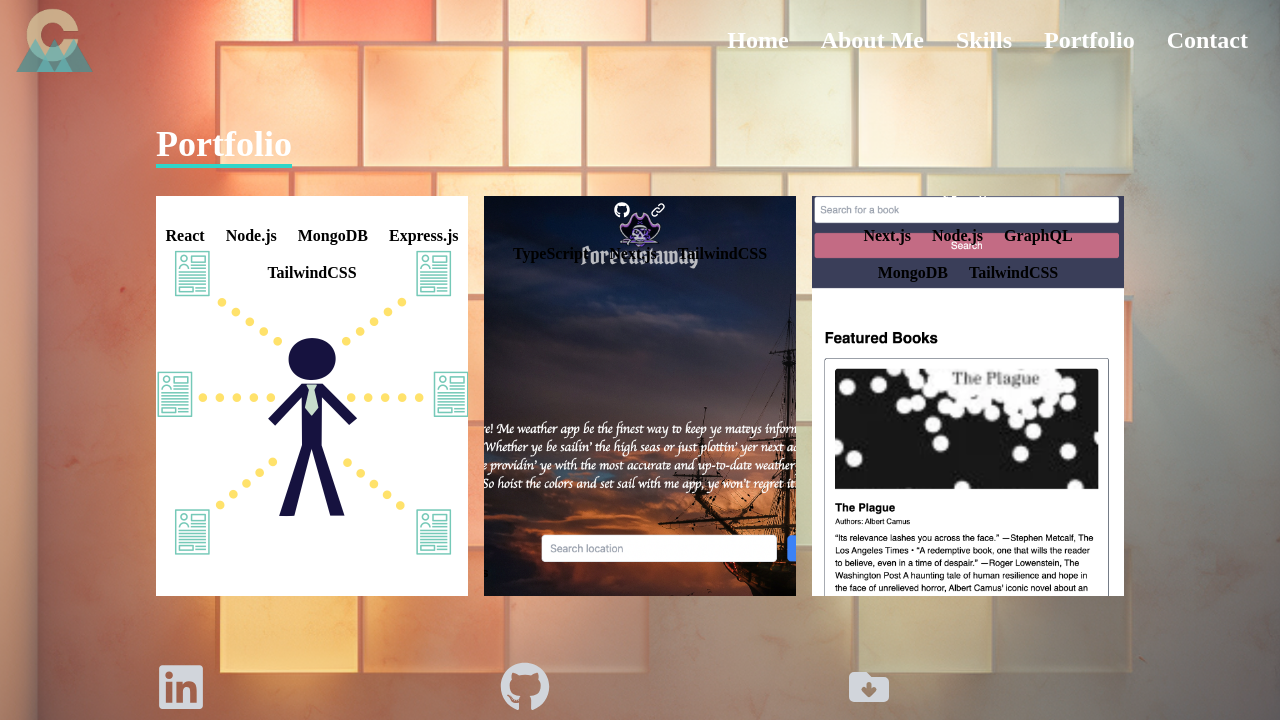
Repository: ChrisT303/portfolio-react
Page: /#/work
These files come from the project's save history. The page is drawn as it stood at one moment and after the next save; the edit follows.
The browser window is 1280 px wide. The pictures show the whole page.
The project was rebuilt for these pictures with package versions that can differ from the ones it lists, and the page was loaded fresh each time. Also part of the build but not shown: src/components/Hero.js, src/components/AboutMe.js, src/data/LogoData.js, src/components/Experience.js, src/components/Modal.js, src/components/Contact.js.

Above is the page before, as saved 2023-09-28 16:32:52.

### src/index.css
@tailwind base;
@tailwind components;
@tailwind utilities;

@import url("https://fonts.googleapis.com/css2?family=Raleway:wght@300;400;500;600;700;800;900&display=swap");

@layer base {
  body {
    @apply font-[Raleway];
  }
  li {
    @apply px-4;
    @apply cursor-pointer;
  }
}

.nav-hover {
  @apply hover:animate-pulse hover:text-[#30D5C8];
}

.text-main {
  @apply text-[#212020];
}

.peach {
  @apply text-[#212020] text-opacity-80;
}

.bdr {
  @apply border-[#30D5C8];
}

.form-bg {
  @apply bg-[#ccd6f6];
}

.hero-btn {
  @apply text-black font-bold border-4 rounded-full px-6 py-3 my-2 flex items-center hover:animate-pulse duration-100 hover:bg-[#30D5C8] hover:border-[#3e7a7a] hover:font-black;
}

.con-btn {
  @apply text-main border-2 hover:bg-[#30D5C8] hover:border-[#3e7a7a] hover:font-bold px-4 py-3 my-8 mx-auto flex items-center;
}
.modal-btn {
  @apply text-black border-4 rounded-lg hover:bg-[#30D5C8] hover:border-[#3e7a7a] hover:font-bold px-3 py-2 my-8 mx-auto flex justify-between items-center;
}

@media (min-width: 768px) {
  .hovereffect {
    width: 100%;
    height: 400px;
    float: left;
    overflow: hidden;
    position: relative;
    text-align: center;
    cursor: default;
  }

  .hovereffect .overlay {
    width: 100%;
    height: 100%;
    position: absolute;
    overflow: hidden;
    left: 0;
    background-color: rgba(255, 255, 255, 0.7);
    top: -200px;
    opacity: 0;
    filter: alpha(opacity=0);
    -webkit-transition: all 0.1s ease-out 0.5s;
    transition: all 0.1s ease-out 0.5s;
    display: flex;
    flex-direction: column;
    justify-content: center;
    align-items: center;
    gap: 20px;

  }

  .hovereffect:hover .overlay {
    opacity: 1;
    filter: alpha(opacity=100);
    top: 0px;
    -webkit-transition-delay: 0s;
    transition-delay: 0s;
  }

  .hovereffect img {
    display: block;
    position: relative;
  }

  .hovereffect h2 {
    text-transform: uppercase;
    color: #feb8c5;
    text-align: center;
    position: relative;
    font-size: 17px;
    padding: 10px;
    background: rgba(0, 0, 0, 0.6);
    -webkit-transform: translateY(-200px);
    -ms-transform: translateY(-200px);
    transform: translateY(-200px);
    -webkit-transition: all ease-in-out 0.1s;
    transition: all ease-in-out 0.1s;
    -webkit-transition-delay: 0.3s;
    transition-delay: 0.3s;
  }

  .hovereffect:hover h2 {
    -webkit-transform: translateY(0px);
    -ms-transform: translateY(0px);
    transform: translateY(0px);
    -webkit-transition-delay: 0.3s;
    transition-delay: 0.3s;
  }

  .hovereffect a.info {
    display: inline-block;
    text-decoration: none;
    padding: 7px 14px;
    text-transform: uppercase;
    margin: 50px 20px 0 0;
    background-color: transparent;
    -webkit-transform: translateY(-200px);
    -ms-transform: translateY(-200px);
    transform: translateY(-200px);
    color: #000;
    border: 1px solid #000;
    -webkit-transition: all ease-in-out 0.3s;
    transition: all ease-in-out 0.3s;
  }

  .hovereffect a.info:hover {
    box-shadow: 0 0 5px #fff;
  }

  .hovereffect:hover a.info {
    -webkit-transform: translateY(0px);
    -ms-transform: translateY(0px);
    transform: translateY(0px);
    box-shadow: 0 0 5px #000;
    color: #000;
    border: 1px solid #000;
    -webkit-transition-delay: 0.3s;
    transition-delay: 0.3s;
  }
}

a.info:hover {
  color: #6cc644;
}

.bounce {
  display: inline-block;
  position: relative;
  -moz-animation: bounce 0.5s infinite linear;
  -o-animation: bounce 0.5s infinite linear;
  -webkit-animation: bounce 0.5s infinite linear;
  animation: bounce 0.5s infinite linear;
}

.backdrop {
  position: fixed;
  top: 0;
  left: 0;
  width: 100%;
  height: 100vh;
  z-index: 10;
  background: rgba(0, 0, 0, 0.75);
}

.modalPos {
  position: fixed;
  top: 30vh;
  left: 10%;
  width: 80%;
  z-index: 100;
  overflow: hidden;
}

.header {
  background: #31708e;
  padding: 1rem;
}

.header h2 {
  margin: 0;
  color: white;
  font-weight: bold;
}

.content {
  display: flex;
  justify-content: space-between;
  padding: 1rem;
  background: white;
}

.actions {
  padding: 1rem;
  display: flex;
  justify-content: flex-end;
}

.project-image {
  width: 100%;
  height: 400px;
  object-fit: cover;
}

.button-container {
  display: flex;
  justify-content: center;
  gap: 20px;
  margin-top: 20px;
}

.tech-container {
  display: flex;
  justify-content: center;
  gap: 5px;
  flex-wrap: wrap;
}

.tooltip {
  visibility: hidden;
  background-color: #555;
  color: #fff;
  text-align: center;
  padding: 5px 10px;
  border-radius: 6px;
  position: absolute;
  z-index: 1;
  bottom: 100%;
  left: 50%;
  margin-left: -60px;
  opacity: 0;
  transition: opacity 0.3s;
}

.tooltip::after {
  content: "";
  position: absolute;
  top: 100%;
  left: 50%;
  margin-left: -5px;
  border-width: 5px;
  border-style: solid;
  border-color: #555 transparent transparent transparent;
}

.container:hover .tooltip {
  visibility: visible;
  opacity: 1;
}



@media (min-width: 768px) {
  .modalPos {
    left: calc(50% - 20rem);
    width: 40rem;
  }
}

### src/App.js

import Navigation from "./components/Navigation";
import Hero from "./components/Hero";
import AboutMe from "./components/AboutMe";
// import Footer from "./components/Footer";
import Experience from "./components/Experience";
import Contact from "./components/Contact";
import Work from "./components/Work";
import React from "react";
import { HashRouter as Router, Routes, Route } from "react-router-dom";


const App = () => {
  return (
    <Router>
      <Navigation />
      <Routes>
        <Route path="/" element={<Hero />} />
        <Route path="/about" element={<AboutMe />} />
        <Route path="/experience" element={<Experience />} />
        <Route path="/work" element={<Work />} />
        <Route path="/contact" element={<Contact />} />
      </Routes>
      {/* <Footer /> */}
    </Router>
  );
};



export default App;

### src/components/Navigation.js
import React, { useState } from "react";
import { NavLink } from "react-router-dom";
import { FaBars, FaTimes } from "react-icons/fa";
import Logo from "../assets/newlogo.png";


const Navigation = () => {
  const [nav, setNav] = useState(false);
  const handleClick = () => setNav(!nav);

  return (
    <div className="fixed w-full h-[80px] flex justify-between items-center px-4 bg-inherit text-main text-2xl font-semibold z-10">
      <div>
        <img  src={Logo} alt="Logo" className="hidden md:flex h-16" />
      </div>
      <ul className="hidden md:flex">
        <li>
          <NavLink to="/" className="nav-hover text-white">
            Home
          </NavLink>
        </li>
        <li>
          <NavLink to="/about" className="nav-hover text-white">
            About Me
          </NavLink>
        </li>
        <li>
          <NavLink to="/experience" className="nav-hover text-white">
            Skills
          </NavLink>
        </li>
        <li>
          <NavLink to="/work" className="nav-hover text-white">
            Portfolio
          </NavLink>
        </li>
        <li>
          <NavLink to="/contact" className="nav-hover text-white">
            Contact
          </NavLink>
        </li>
      </ul>

      <div onClick={handleClick} className="md:hidden z-100">
        {!nav ? <FaBars /> : <FaTimes />}
      </div>
      <ul
        className={
          !nav
            ? "hidden"
            : "absolute top-0 left-0 w-full h-screen main flex flex-col justify-center items-center bg-black md:bg-black "
        }
      >
        <li className="py-6 text-4xl">
          <NavLink onClick={handleClick} to="/" className="nav-hover text-white">
            Home
          </NavLink>
        </li>
        <li className="py-6 text-4xl">
          <NavLink onClick={handleClick} to="/about" className="nav-hover text-white">
            About Me
          </NavLink>
        </li>
        <li className="py-6 text-4xl">
          <NavLink onClick={handleClick} to="/experience" className="nav-hover text-white">
            Skills
          </NavLink>
        </li>
        <li className="py-6 text-4xl">
          <NavLink onClick={handleClick} to="/work" className="nav-hover text-white">
            Portfolio
          </NavLink>
        </li>
        <li className="py-6 text-4xl">
          <NavLink onClick={handleClick} to="/contact" className="nav-hover text-white">
            Contact
          </NavLink>
        </li>
      </ul>
    </div>
  );
};

export default Navigation;

### src/components/Work.js
import applications from "../data/ProjectData";
import { FaGithub } from "react-icons/fa";
import { HiOutlineLink } from "react-icons/hi";
import Footer from "./Footer";

const Work = () => (
  <div className="w-full md:h-screen text-white bg-eyes bg-cover bg-center">
    <div className="max-w-[1000px] mx-auto p-4 flex flex-col justify-center w-full h-full">
      <div className="pb-8">
        <p className="text-4xl font-bold inline border-b-4 text-white bdr">
          Portfolio
        </p>
      </div>
      <div className="grid mx-auto sm:grid-cols-2 md:grid-cols-3 gap-4 ">
        {applications.map((app) => (
          <div key={app.key}>
            <div className="hovereffect">
              <img className="project-image" src={app.src} alt="{app.name}" />
              <div className="overlay grid grid-cols-3 md:inline-block md:grid-cols-none pt-4 md:pt-0">
                <h2 className="font-bold">{app.name}</h2>
                <div className="button-container">
                  <a href={app.code} className="info">
                    <div className="flex justify-around text-2xl md:text-base hover:text-[#6cc644]">
                      <FaGithub />
                    </div>
                  </a>
                  <a className="info" href={app.link}>
                    <div className="flex justify-around text-2xl md:text-base hover:text-[#dE73FF]">
                      <HiOutlineLink />
                    </div>
                  </a>
                </div>
                <div className="tech-container">
                  {app.tech.map((tech) => (
                    <span key={tech} className="bg-main text-black font-extrabold  py-1 px-2 rounded-md">
                      {tech}
                    </span>
                  ))}
                </div>
              </div>
            </div>
          </div>
        ))}
      </div>
      <Footer />
    </div>
  </div>
);

export default Work;

### src/components/Footer.js
import React from "react";
import { FaLinkedin, FaGithub } from "react-icons/fa";
import { HiFolderDownload } from "react-icons/hi";

const Footer = () => {
  return (
    <footer className="bg-inherit fixed bottom-0 left-0 w-full">
      <div>
        <div>
          <div className="max-w-[1000px] mx-auto pt-4 pb-2">
            <ul className="w-full space-y-2 grid grid-cols-3 auto-cols-max mb-0 gap-8 justify-center">
              <li>
                <a
                  href="https://www.linkedin.com/in/christopher-williams-368b29201/"
                  className="text-gray-300 group hover:text-[#0072b1]"
                >
                  <h2 className="invisible md:group-hover:visible md:group-hover:animate-bounce pt-2">
                    LinkedIn
                  </h2>
                  <FaLinkedin size={50} />
                </a>
              </li>
              <li>
                <a
                  href="https://github.com/deftonechris"
                  className="text-gray-300 group hover:text-[#6cc644]"
                >
                  <h2 className="invisible md:group-hover:visible md:group-hover:animate-bounce">
                    GitHub
                  </h2>
                  <FaGithub size={50} />
                </a>
              </li>
              <li>
                <a
                  href="https://drive.google.com/file/d/1F9QXAFgH3DuC2GkPuuiRkouwcBjN8J8z/view?usp=drive_link"
                  className="text-gray-300 group hover:text-red-600"
                >
                  <h2 className="invisible md:group-hover:visible md:group-hover:animate-bounce">
                    Resume
                  </h2>
                  <HiFolderDownload size={50} />
                </a>
              </li>
            </ul>
          </div>
        </div>
      </div>
    </footer>
  );
};

export default Footer;

### src/data/ProjectData.js
import Libro from '../assets/Libro3.png'
import JobJot from '../assets/JobJotSS.png'
import ForeSS from '../assets/ForeSS.png'



const applications = [
  {
    key: 1,
    name: "JobJot",
    src: JobJot,
    code: "https://github.com/deftonechris/JobJot",
    link: "https://jobjot.onrender.com/",
    tech: ["React", "Node.js", "MongoDB", "Express.js", "TailwindCSS"],

  },
  {
    key: 2,
    name: "ForeCastaway",
    src: ForeSS,
    code: "https://github.com/deftonechris/ForeCastaway",
    link: "https://fore-castaway-rvp6.vercel.app/",
    tech: ["TypeScript", "Next.js", "TailwindCSS"],

  },
  {
    key: 3,
    name: "LibroMarkit",
    src: Libro,
    code: "https://github.com/deftonechris/LibroMarkIt",
    link: "https://libro-mark-it.vercel.app/",
    tech: ["Next.js", "Node.js", "GraphQL", "MongoDB", "TailwindCSS"],

  },

];



export default applications;

### tailwind.config.js
/** @type {import('tailwindcss').Config} */
module.exports = {
  content: ["./src/**/*.{js,jsx,ts,tsx}"],
  theme: {
    extend: {
      backgroundImage: {
        eyes: "url('./assets/wallPatern.png')",
      },
    },
  },
  plugins: [],
};

Loaded but not shown: public/index.html (common file); src/index.js (common file)

After the next save:
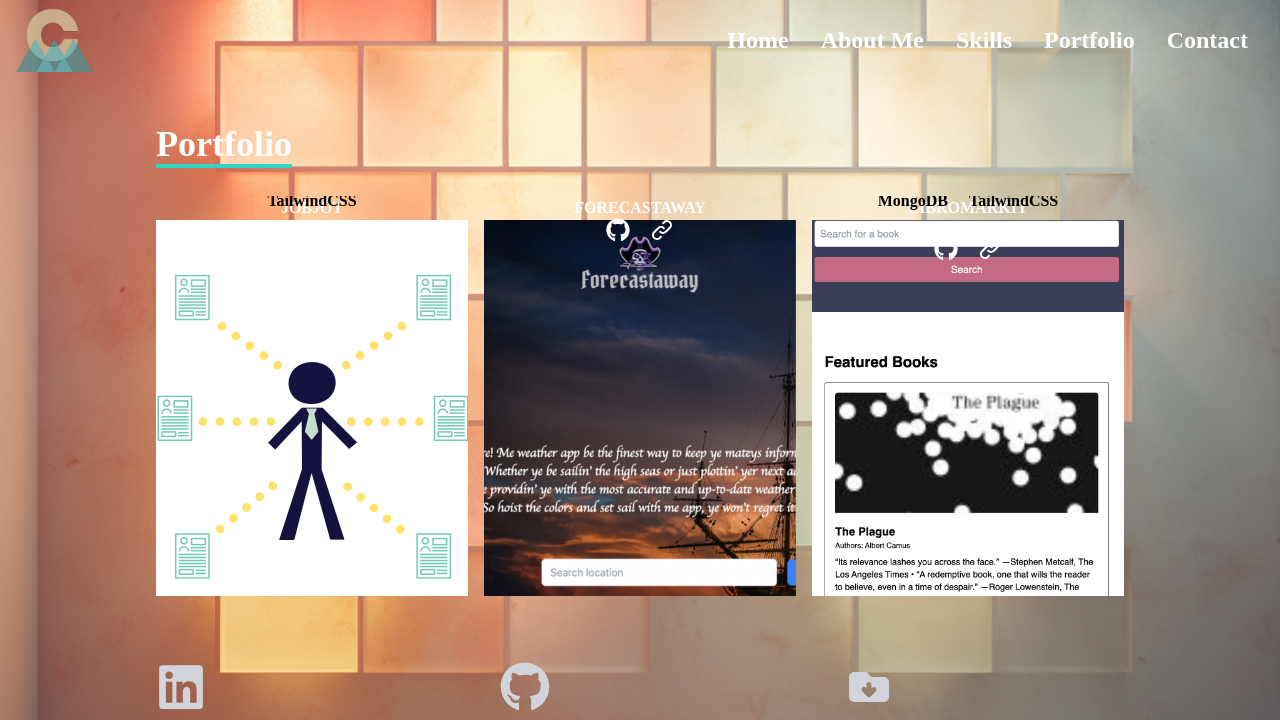
Saved 8 min 19 s later.
--- a/src/components/Work.js
+++ b/src/components/Work.js
@@ -11,31 +11,39 @@ const Work = () => (
           Portfolio
         </p>
       </div>
-      <div className="grid mx-auto sm:grid-cols-2 md:grid-cols-3 gap-4 ">
+      <div className="grid mx-auto sm:grid-cols-2 md:grid-cols-3 gap-4">
         {applications.map((app) => (
-          <div key={app.key}>
-            <div className="hovereffect">
-              <img className="project-image" src={app.src} alt="{app.name}" />
-              <div className="overlay grid grid-cols-3 md:inline-block md:grid-cols-none pt-4 md:pt-0">
-                <h2 className="font-bold">{app.name}</h2>
+          <div key={app.key} className="hovereffect">
+            <div className="text-center">
+              {/* App name on top of the image */}
+              <h2 className="font-bold">{app.name}</h2>
+              <img className="project-image" src={app.src} alt={app.name} />
+            </div>
+            <div className="overlay grid grid-cols-3 pt-4">
+              <div className="col-span-3 text-center">
+                {/* Tech names over the image */}
+                <div className="tech-container">
+                  {app.tech.map((tech) => (
+                    <span
+                      key={tech}
+                      className="bg-main text-black font-extrabold py-1 px-2 rounded-md"
+                    >
+                      {tech}
+                    </span>
+                  ))}
+                </div>
+                {/* Links centered below the image */}
                 <div className="button-container">
                   <a href={app.code} className="info">
-                    <div className="flex justify-around text-2xl md:text-base hover:text-[#6cc644]">
+                    <div className="flex justify-around text-2xl hover:text-[#6cc644]">
                       <FaGithub />
                     </div>
                   </a>
                   <a className="info" href={app.link}>
-                    <div className="flex justify-around text-2xl md:text-base hover:text-[#dE73FF]">
+                    <div className="flex justify-around text-2xl hover:text-[#dE73FF]">
                       <HiOutlineLink />
                     </div>
                   </a>
-                </div>
-                <div className="tech-container">
-                  {app.tech.map((tech) => (
-                    <span key={tech} className="bg-main text-black font-extrabold  py-1 px-2 rounded-md">
-                      {tech}
-                    </span>
-                  ))}
                 </div>
               </div>
             </div>
